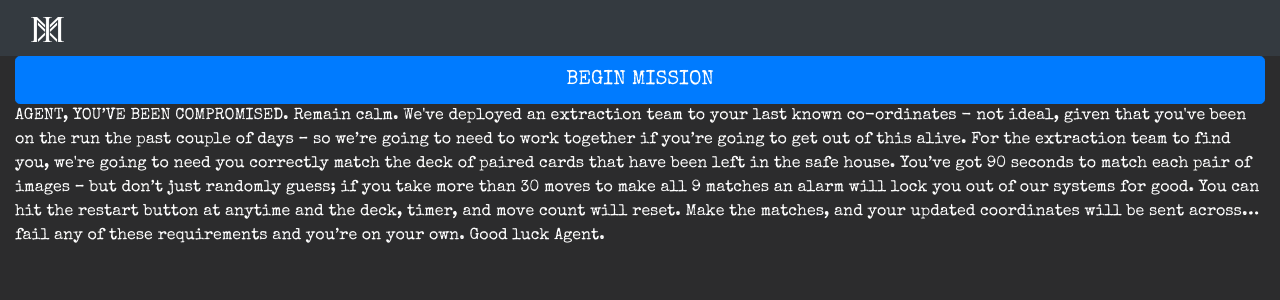
Repository: Code-Institute-Submissions/Milestone-25
Page: index.html
The author's editor kept a record of every edit. The page is drawn from the files as they stood at one moment, then again after the next edit.
The browser window is 1280 px wide. The pictures show the whole page.

Above is the page before.

### index.html
<!DOCTYPE html>
<html lang="en">

<head>
  <meta charset="UTF-8">
  <meta name="viewport" content="width=device-width, initial-scale=1">
  <meta http-equiv="X-UA-Compatible" content="ie=edge">
  <link rel="stylesheet" href="https://stackpath.bootstrapcdn.com/bootstrap/4.4.1/css/bootstrap.min.css" integrity="sha384-Vkoo8x4CGsO3+Hhxv8T/Q5PaXtkKtu6ug5TOeNV6gBiFeWPGFN9MuhOf23Q9Ifjh" crossorigin="anonymous">
  <script src="https://ajax.googleapis.com/ajax/libs/jquery/3.4.1/jquery.min.js"></script>
  <script src="https://maxcdn.bootstrapcdn.com/bootstrap/4.4.1/js/bootstrap.min.js"></script>
  <link rel="stylesheet" href="assets/css/style.css" media="screen">
  <title>Memoryphile Home</title>
</head>

<body>
  <!--Navbar for style purposes only-->
  <nav class="navbar navbar-expand-md navbar-dark bg-dark sticky-top">
    <div class="container-fluid">
      <a class="navbar-brand"><img src="./assets/images/logo.png" height="25" alt="Memoryphile Logo"></a>
    </div>
  </nav>

  <!--Button to jump to game-->
  <div class="container-fluid padding">
    <div class="row padding">
      <div class="col-md">
        <button type="button" class="btn btn-primary btn-lg btn-block">BEGIN MISSION</button>
      </div>
    </div>
  </div>

  <!--Instructions paragraph-->
  <div class="container-fluid padding">
    <div class="row padding">
      <div class="col-md">
        <p>AGENT, YOU’VE BEEN COMPROMISED. Remain calm. We've deployed an extraction team to your last known co-ordinates - not ideal, given that you've been on the run the past couple of days – so we’re going to need to work together if you’re going to
          get out of this alive. For the extraction team to find you, we're going to need you correctly match the deck of paired cards that have been left in the safe house. You’ve got 90 seconds to match each pair of images – but don’t just randomly
          guess; if you take more than 30 moves to make all 9 matches an alarm will lock you out of our systems for good. You can hit the restart button at anytime and the deck, timer, and move count will reset. Make the matches, and your updated coordinates
          will be sent across… fail any of these requirements and you’re on your own. Good luck Agent.
        </p>
      </div>
    </div>
  </div>



</body>



<script type="text/javascript" src="./assets/js/main.js"></script>

</html>

### assets/css/style.css
@import url('https://fonts.googleapis.com/css?family=Homemade+Apple|Special+Elite&display=swap');

/* ==============STYLING==============*/

/*--------HTML, BODY Styling-----*/

html,
body {
  height: 100%;
  width: 100%;
  font-family: 'Special Elite', sans-serif;
  color: #fff;
  background-color: #2c2c2d;
}

/*------------BUTTON STYLING--------*/

.btn-secondary {
    background-color: #c30e0e;
    border-color: #c30e0e;
    margin-top: 10%;
    margin-bottom: 10%;
    font-size: 350%;
    padding-top: 1.5%;

}


/*------------Instructions STYLING--------*/

.instructions {
  font-size: 150%;
  display: inline-block;
  margin-left: 6%;
  margin-right: 6%;
}

### assets/js/main.js
//on page open, timer counts from 90 secs down

//on page open, or on restart, cards are reshuffled

//on reset, cards shuffled, reset game board, reset timer

//if timer = 0, game over

// on click, moves increases by 1

// if moves > 40, game over

//on restart, pasue game and timer and ask for confirmation
    //if confirmation = true page refreshes and timer + cards all reset
    //if confirmation = false, game and timer resumes


// on click:
    //if no other card active, flip card and set to active
    //if other card active, compare img of both active cards
        //if img match, match counter increase by one
        //on no match, both cards return to rest state

//(no. of cards = 18)

//if match counter = 9, player wins.

//if match counter = 9, timer stops

//score? = at win, total moves and total time remaining

//set keyboard (p)ause and (esc)ape actions

//if player wins, produce success message (and rating out of three?)

//if player loses (out of time, or exceeds moves), produce loss message

After the next edit:
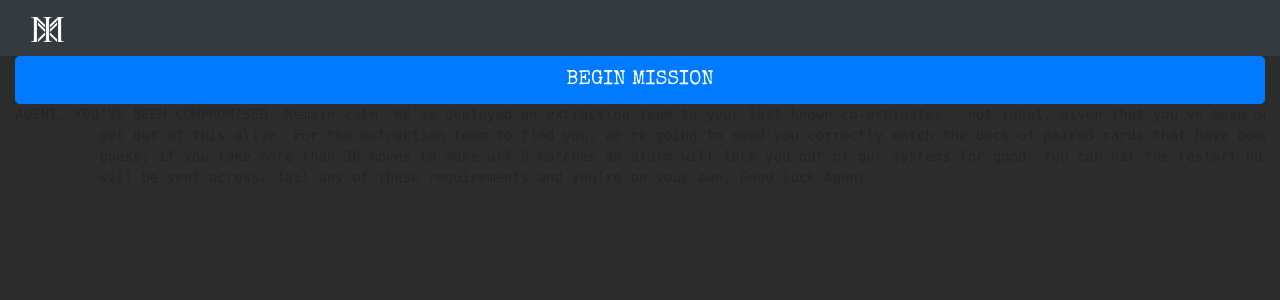
The edit:
--- a/index.html
+++ b/index.html
@@ -33,7 +33,7 @@
   <div class="container-fluid padding">
     <div class="row padding">
       <div class="col-md">
-        <p>AGENT, YOU’VE BEEN COMPROMISED. Remain calm. We've deployed an extraction team to your last known co-ordinates - not ideal, given that you've been on the run the past couple of days – so we’re going to need to work together if you’re going to
+        <pre>AGENT, YOU’VE BEEN COMPROMISED. Remain calm. We've deployed an extraction team to your last known co-ordinates - not ideal, given that you've been on the run the past couple of days – so we’re going to need to work together if you’re going to
           get out of this alive. For the extraction team to find you, we're going to need you correctly match the deck of paired cards that have been left in the safe house. You’ve got 90 seconds to match each pair of images – but don’t just randomly
           guess; if you take more than 30 moves to make all 9 matches an alarm will lock you out of our systems for good. You can hit the restart button at anytime and the deck, timer, and move count will reset. Make the matches, and your updated coordinates
           will be sent across… fail any of these requirements and you’re on your own. Good luck Agent.
